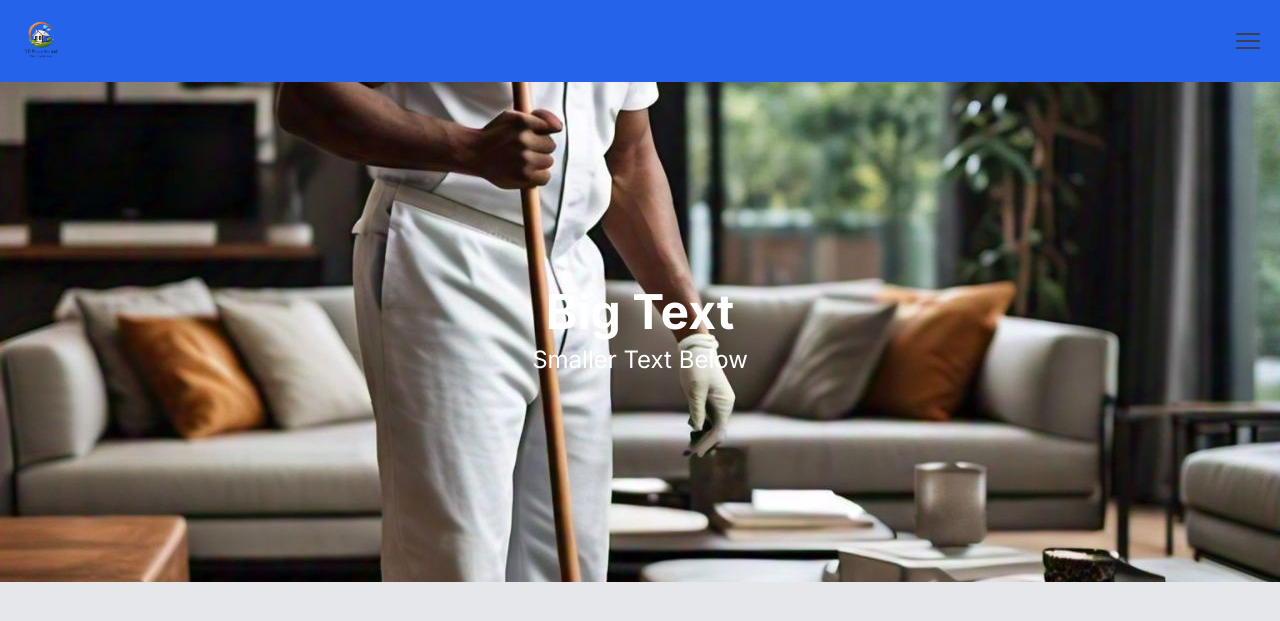
Repository: devmskhan/sdpropandclean
Page: /
These files come from the project's save history. The page is drawn as it stood at one moment and after a run of saves; the edit follows.
The browser window is 1280 px wide. The pictures show the whole page.
The project was rebuilt for these pictures with package versions that can differ from the ones it lists, and the page was loaded fresh each time. The framework's server and built-in components were replaced by stand-ins that run in the browser. Also part of the build but not shown: next.config.mjs.

Above is the page before, as saved 2024-09-02 14:56:10.

After the next 4 saves:
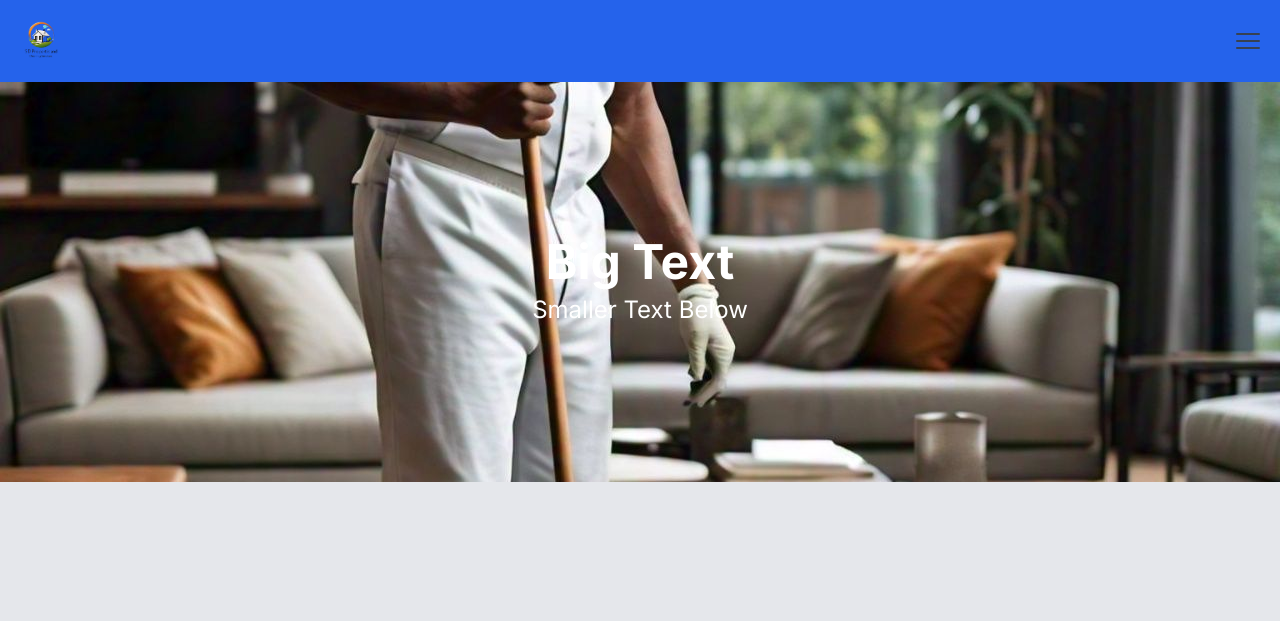
The 4 saves are shown as one change because they came seconds apart.
The last was saved 35 s later.
--- a/components/Body.tsx
+++ b/components/Body.tsx
@@ -3,7 +3,7 @@
 
 function Body() {
     return (
-        <div className="relative w-full h-[500px] bg-cover bg-center text-white"
+        <div className="relative w-full h-[400px] bg-cover bg-center text-white"
          style={{ backgroundImage: 'url("/pic1.jpg")' }}>
       <div className="absolute inset-0 flex flex-col justify-center items-center text-center">
         {/* Larger Text */}
